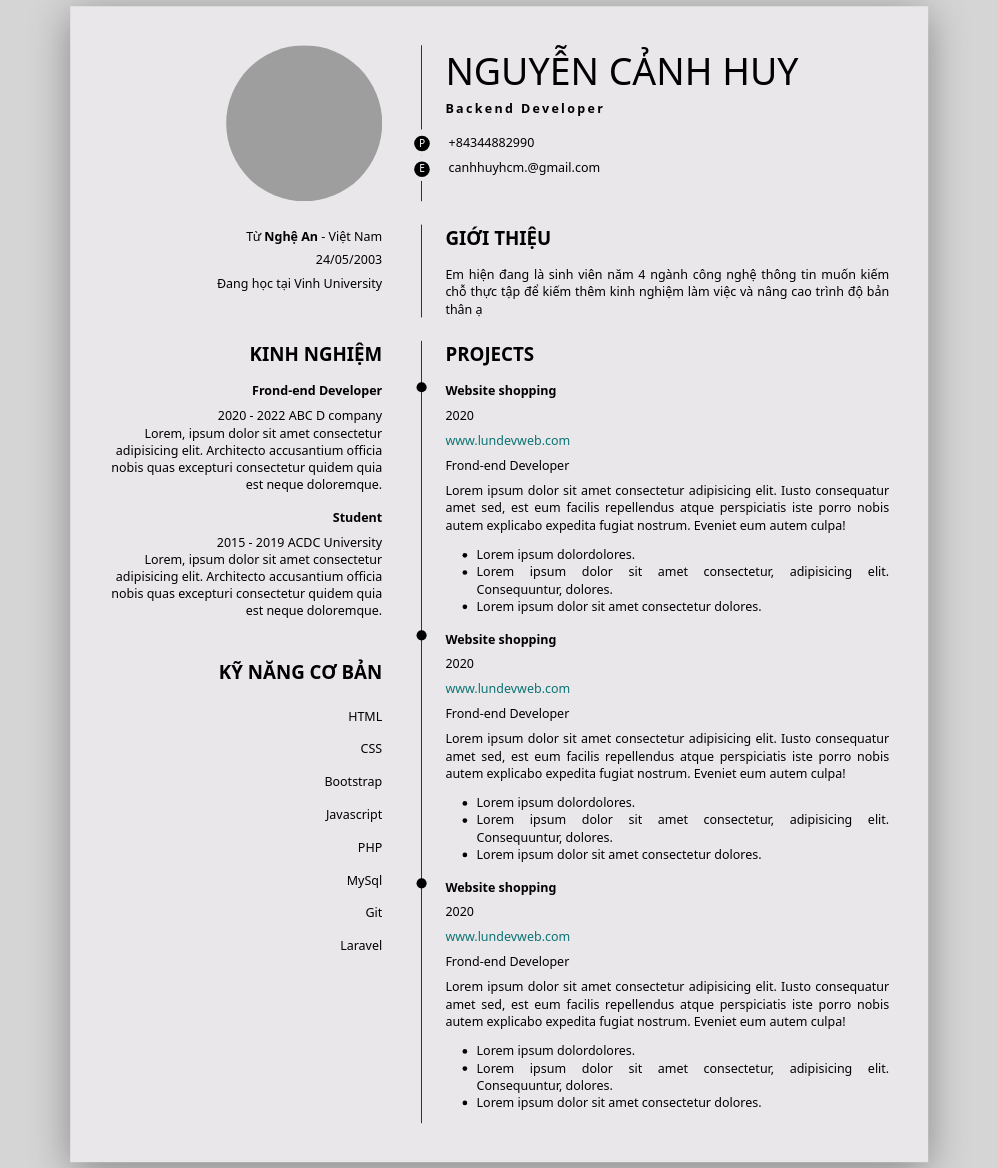
Repository: huycodedie/cv-intern
Page: index.html
An editor plug-in stored every save of this project. The page is shown before and after the next save, followed by the edit.
The browser window is 1280 px wide. The pictures show the whole page, at 78% of full size.
Pictures or frames that could not be fetched are drawn as grey boxes.

Above is the page before, as saved 2025-07-05 23:21:51.

### index.html

    <!DOCTYPE html>
    <html lang="en">
    <head>
        <meta charset="UTF-8">
        <meta http-equiv="X-UA-Compatible" content="IE=edge">
        <meta name="viewport" content="width=device-width, initial-scale=1.0">
        <title>Document</title>
        <link rel="stylesheet" href="style.css">
        <link rel="stylesheet" href="https://cdnjs.cloudflare.com/ajax/libs/font-awesome/6.2.1/css/all.min.css">
    </head>
    <body>
        <div class="container">
           <div class="avatar">
            <img src="https://i.pinimg.com/564x/eb/57/6f/eb576ff023487bcb1fa3ad61ee7b23ee.jpg" alt="">
           </div>
           <div class="name">
                <h1>NGUYỄN CẢNH HUY</h1>
                <div class="specialize"> Backend Developer</div>
                <ul class="contact">
                    <li>
                        <span>P</span> +84344882990
                    </li>
                    <li>
                        <span>E</span> canhhuyhcm.@gmail.com
                    </li>
                </ul>
           </div>
           <div class="info">
                <ul>
                    <li>Từ <b>Nghệ An</b> - Việt Nam</li>
                    <li>24/05/2003</li>
                    <li>Đang học tại Vinh University</li>
                </ul>
           </div>
           <div class="intro">
            <h2>GIỚI THIỆU</h2>
            Em hiện đang là sinh viên năm 4 ngành công nghệ thông tin muốn kiếm chỗ thực tập để kiếm thêm kinh nghiệm làm việc và nâng cao trình độ bản thân ạ
           </div>
           <div class="experience">
            <h2>KINH NGHIỆM</h2>

            <div class="item">
                <h4>Frond-end Developer</h4>
                <div class="time">
                   <span>2020 - 2022</span>
                   <span>ABC D company</span>
                </div>
                <div class="des">
                    Lorem, ipsum dolor sit amet consectetur adipisicing elit. Architecto accusantium officia nobis quas excepturi consectetur quidem quia est neque doloremque.
                </div>
            </div>

                <div class="item">
                    <h4>Student</h4>
                    <div class="time">
                       <span>2015 - 2019</span>
                       <span>ACDC University</span>
                    </div>
                    <div class="des">
                        Lorem, ipsum dolor sit amet consectetur adipisicing elit. Architecto accusantium officia nobis quas excepturi consectetur quidem quia est neque doloremque.
                    </div>
                </div>
                <h2 class="skills">
                    KỸ NĂNG CƠ BẢN
                </h2>
                <ul>
                    <li>HTML</li>
                    <li>CSS</li>
                    <li>Bootstrap</li>
                    <li>Javascript</li>
                    <li>PHP</li>
                    <li>MySql</li>
                    <li>Git</li>
                    <li>Laravel</li>
                </ul>

           </div>
           <div class="project">
            <h2>PROJECTS</h2>
            <div class="item">
                <h4>Website shopping</h4>
                <div class="time">
                    2020
                </div>
                <div class="web">
                    www.lundevweb.com
                </div>
                <div class="location">
                    Frond-end Developer
                </div>
                <div class="des">
                    Lorem ipsum dolor sit amet consectetur adipisicing elit. Iusto consequatur amet sed, est eum facilis repellendus
                    atque perspiciatis iste porro nobis autem explicabo expedita fugiat nostrum. Eveniet eum autem culpa!
                    <ul>
                        <li>Lorem ipsum dolordolores.</li>
                        <li>Lorem ipsum dolor sit amet consectetur, adipisicing elit. Consequuntur, dolores.</li>
                        <li>Lorem ipsum dolor sit amet consectetur dolores.</li>
                    </ul>
                </div>
            </div>

            <div class="item">
                <h4>Website shopping</h4>
                <div class="time">
                    2020
                </div>
                <div class="web">
                    www.lundevweb.com
                </div>
                <div class="location">
                    Frond-end Developer
                </div>
                <div class="des">
                    Lorem ipsum dolor sit amet consectetur adipisicing elit. Iusto consequatur amet sed, est eum facilis repellendus
                    atque perspiciatis iste porro nobis autem explicabo expedita fugiat nostrum. Eveniet eum autem culpa!
                    <ul>
                        <li>Lorem ipsum dolordolores.</li>
                        <li>Lorem ipsum dolor sit amet consectetur, adipisicing elit. Consequuntur, dolores.</li>
                        <li>Lorem ipsum dolor sit amet consectetur dolores.</li>
                    </ul>
                </div>
            </div>

            <div class="item">
                <h4>Website shopping</h4>
                <div class="time">
                    2020
                </div>
                <div class="web">
                    www.lundevweb.com
                </div>
                <div class="location">
                    Frond-end Developer
                </div>
                <div class="des">
                    Lorem ipsum dolor sit amet consectetur adipisicing elit. Iusto consequatur amet sed, est eum facilis repellendus
                    atque perspiciatis iste porro nobis autem explicabo expedita fugiat nostrum. Eveniet eum autem culpa!
                    <ul>
                        <li>Lorem ipsum dolordolores.</li>
                        <li>Lorem ipsum dolor sit amet consectetur, adipisicing elit. Consequuntur, dolores.</li>
                        <li>Lorem ipsum dolor sit amet consectetur dolores.</li>
                    </ul>
                </div>
            </div>
           </div>
        </div>

    </body>
    </html>

### style.css

    body{
        background-color: #D5D5D5;
        font-family: system-ui;
    }
    .container{
        background-color: #E9E7EA;
        width:1000px;
        max-width: 100%;
        margin:auto;
        padding:50px;
        box-shadow: 0 10px 50px #858585;
        display: grid;
       grid-template-columns: 35% 60%;
       column-gap: 5%;
       row-gap: 30px;
    }

    .avatar img{
        width:200px;
        height:200px;
        object-fit: cover;
        border-radius: 50%;
    }
    .avatar{
        display: flex;
        justify-content: end;
        align-items: center;
    }
    .name{
        padding-left: 30px;
        border-left:1px solid #000;
    }
    .name h1{
        font-weight: 300;
        font-size: xxx-large;
        margin:0px 0 5px ;
    }
    .name .specialize{
        margin:0;
        font-weight: bold;
        letter-spacing: 3px;
    }
    .name .contact{
        padding:0;
        list-style: none;
    }
    .name .contact span{
        display: inline-block;
        background-color: #000;
        width:20px;
        height:20px;
        color:#fff;
        text-align: center;
        border-radius: 50%;
        font-size: small;
        margin-right: 20px;
    }
    .name .contact li{
        padding:5px 0;
        transform: translate(-40px);
        background-color: #E9E7EA;
    }
    .info ul{
        padding: 0;
        margin: 0;
        list-style: none;
        text-align: right;
        line-height: 30px;
    }

    h2{
        padding:0;
        margin: 0 0 20px 0;
    }
    .intro{
        padding-left: 30px;
        border-left: 1px solid #000;
        text-align: justify;
    }
    .experience{
        text-align: right;
    }
    .experience h4{
        margin:20px 0 10px;
    }
    .skills{
        margin-top:  50px;
    }
    .experience ul{
        padding:0;
        margin: 0;
    list-style: none;
    }
    .experience li{
        padding:10px 0;
    }
    .project{
        padding-left: 30px;
        text-align: justify;
        border-left: 1px solid #000;
    }
    .project h4{
        margin:20px 0 10px;
    }
    .project .web{
        color: #0c7373;
        padding:10px 0;
    }
    .project .location{
        font-weight: 500;
        padding-bottom:10px;
    }
    .project .item{
        position: relative;
    }
    .project .item::before{
        position: absolute;
        width:13px;
        height: 13px;
        background-color: #000;
        content: '';
        border-radius: 50%;
        left: -37px;
    }

After the next save:
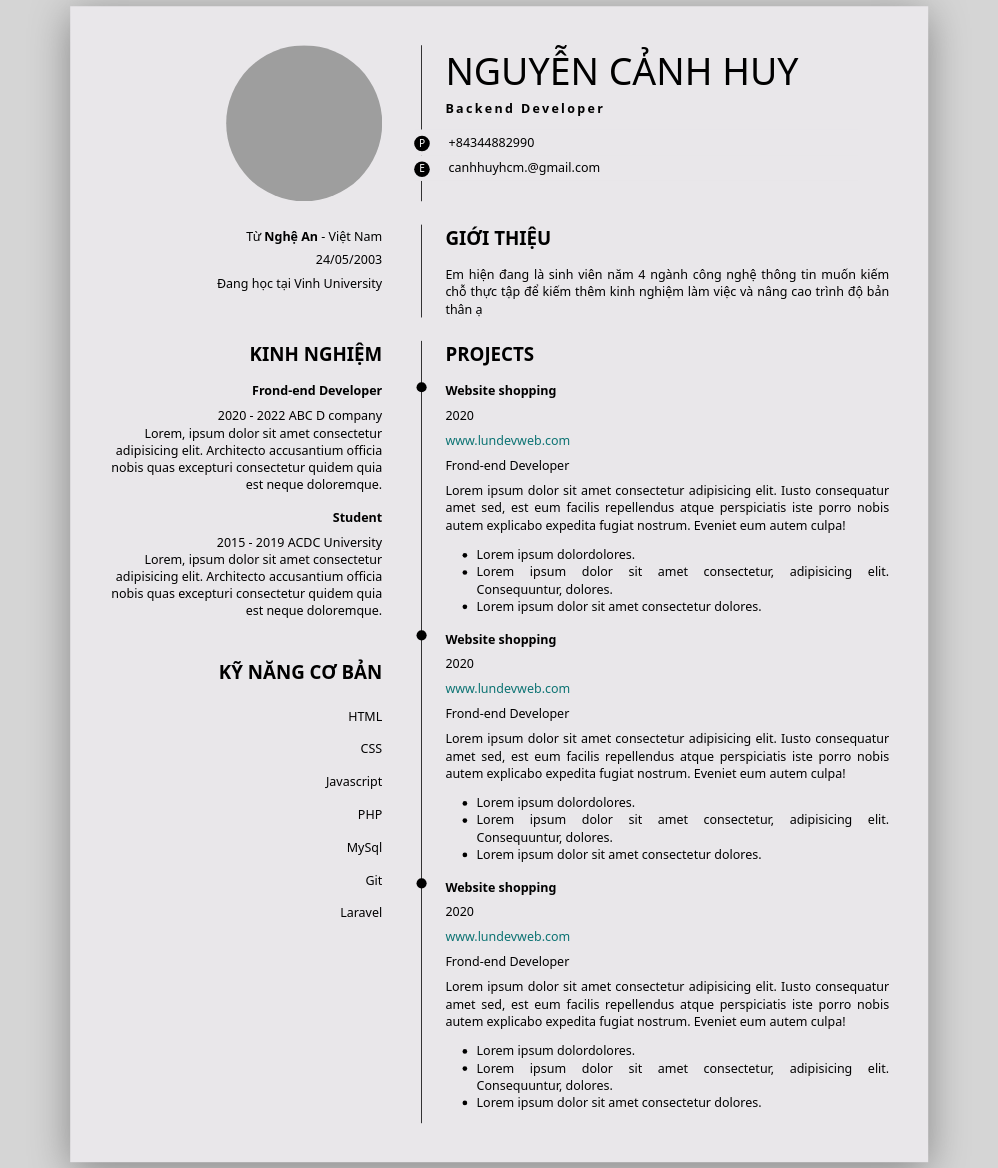
Saved 6 s later.
--- a/index.html
+++ b/index.html
@@ -67,7 +67,6 @@
                 <ul>
                     <li>HTML</li>
                     <li>CSS</li>
-                    <li>Bootstrap</li>
                     <li>Javascript</li>
                     <li>PHP</li>
                     <li>MySql</li>
